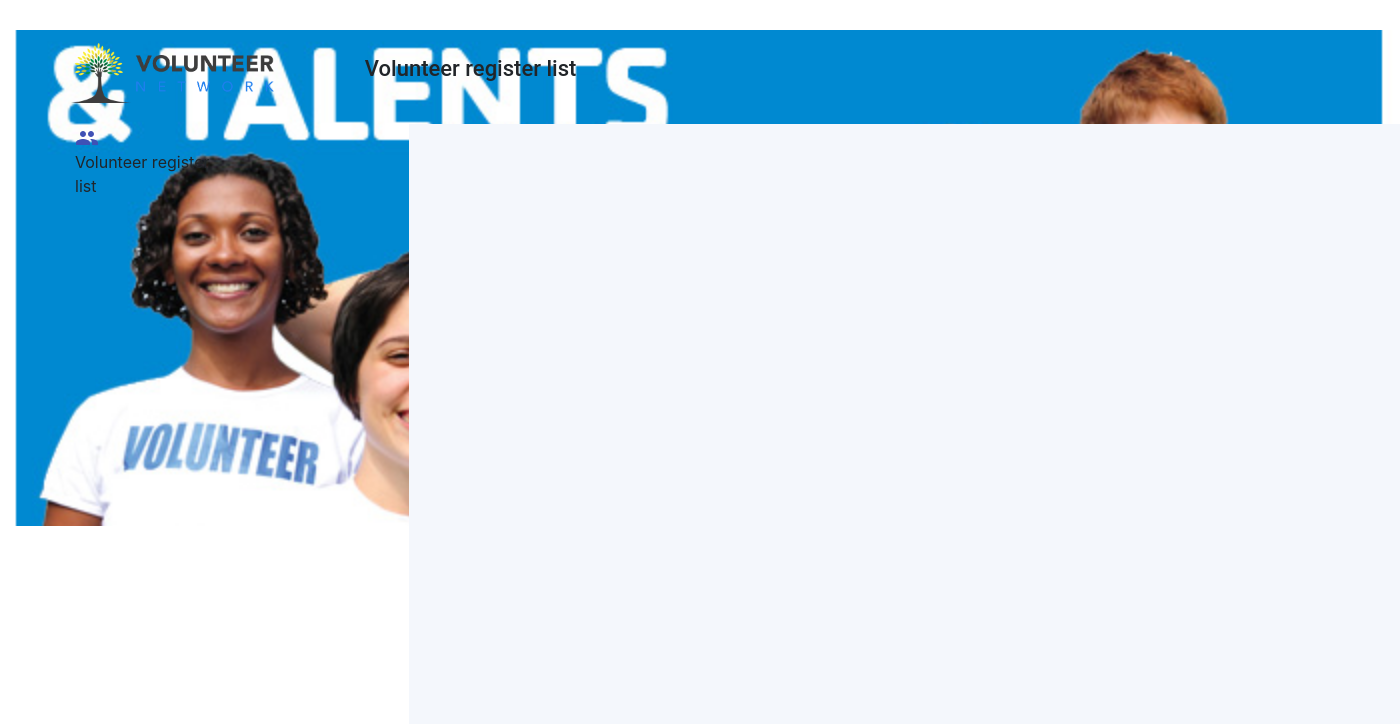
Repository: MdTahsinAmin/volunteer-network-client
Page: /adminPanel
The author's editor kept a copy of each file at every save. The page is drawn from the files as they stood at one save, then again after the next save.
The browser window is 1280 px wide. The page is 1400 px wide, so the pictures cover 1400 px, including what lies to the right of the window. The pictures show the whole page.
The project was rebuilt for these pictures with package versions that can differ from the ones it lists, and the page was loaded fresh each time.

Above is the page before, as saved 2020-10-04 23:24:35.

### public/index.html
<!DOCTYPE html>
<html lang="en">
  <head>
    <meta charset="utf-8" />
    <link rel="icon" href="%PUBLIC_URL%/favicon.ico" />
    <meta name="viewport" content="width=device-width, initial-scale=1" />
    <meta name="theme-color" content="#000000" />
    <meta
      name="description"
      content="Web site created using create-react-app"
    />
    <link rel="apple-touch-icon" href="%PUBLIC_URL%/logo192.png" />
    <!--
      manifest.json provides metadata used when your web app is installed on a
      user's mobile device or desktop. See https://developers.google.com/web/fundamentals/web-app-manifest/
    -->
    <link rel="manifest" href="%PUBLIC_URL%/manifest.json" />
    <!--
      Notice the use of %PUBLIC_URL% in the tags above.
      It will be replaced with the URL of the `public` folder during the build.
      Only files inside the `public` folder can be referenced from the HTML.

      Unlike "/favicon.ico" or "favicon.ico", "%PUBLIC_URL%/favicon.ico" will
      work correctly both with client-side routing and a non-root public URL.
      Learn how to configure a non-root public URL by running `npm run build`.
    -->
    <title>Volunteer Network</title>
  </head>
  <body>
    <noscript>You need to enable JavaScript to run this app.</noscript>
    <div id="root"></div>
    <!--
      This HTML file is a template.
      If you open it directly in the browser, you will see an empty page.

      You can add webfonts, meta tags, or analytics to this file.
      The build step will place the bundled scripts into the <body> tag.

      To begin the development, run `npm start` or `yarn start`.
      To create a production bundle, use `npm run build` or `yarn build`.
    -->
  </body>
</html>

### src/App.js
import React from 'react';
import './App.css';
import Header from './components/Header/Header';
import {
  BrowserRouter as Router,
  Switch,
  Route,
  Link
} from "react-router-dom";
import AdminPanel from './components/AdminPanel/AdminPanel';
function App() {
  return (
    <div className="App">
     <Router>
      <Switch>
        <Route path ='/home'>
         <Header navbar={true}></Header>
        </Route>
        <Route path="/adminPanel">
           <div>
           <Header navbar={false}></Header>
           <AdminPanel/>
           </div>
        </Route>
        <Route exact path="/">
           <Header navbar={true}></Header>
        </Route>
      </Switch>
     </Router>
    </div>
  );
}

export default App;

### src/App.css
.App {
    background-image:url('./logos/Volunteer_Image.jpg');
    background-repeat: no-repeat;
    background-size: cover;
    background-position: center;
    width: 1400px;
    height: 496px;
    left: 1px;
    top: -1px;
}

.App-logo {
  height: 40vmin;
  pointer-events: none;
}

@media (prefers-reduced-motion: no-preference) {
  .App-logo {
    animation: App-logo-spin infinite 20s linear;
  }
}

.App-header {
  background-color: #282c34;
  min-height: 100vh;
  display: flex;
  flex-direction: column;
  align-items: center;
  justify-content: center;
  font-size: calc(10px + 2vmin);
  color: white;
}

.App-link {
  color: #61dafb;
}

@keyframes App-logo-spin {
  from {
    transform: rotate(0deg);
  }
  to {
    transform: rotate(360deg);
  }
}

### src/components/Header/Header.js
import React from 'react';
import { Link, useHistory } from 'react-router-dom';
import './Header.css'
import volunteerLogo from '../../logos/volunteer.png';
import { styled } from '@material-ui/core/styles';
import Button from '@material-ui/core/Button';

// Material Button

const MyButton = styled(Button)({
    background: 'linear-gradient(45deg, #3F90FC 30%, #3F90FC 90%)',
    border: 0,
    borderRadius: '6px',
    color: 'white',
    height: 48,
    padding: '14px 43px',
    marginRight:'15px',
    marginLeft:'9px',
    cursor:'pointer'
  });

  const AdminBtn = styled(Button)({
    background: 'linear-gradient(45deg, #434141 30%, #434141 90%)',
    border: 0,
    borderRadius: '6px',
    color: 'white',
    height: 48,
    padding: '14px 43px',
    marginRight:'15px',
    cursor:'pointer'
  })

const Header = (props) => {

    const history = useHistory();

    const handleAdminPanel = () =>{
         history.push('/adminPanel');
    }


    return (
      <div className="header">
          <div className={props.navbar ? "container" : 'adminPanel'}>
          <nav className="navbar navbar-expand-lg navbar-light">
            <Link to='/home' className="navbar-brand"><img className={props.navbar ?'volunteerLogo':'Logo'} src={volunteerLogo} alt=""/></Link>
            <button className="navbar-toggler" type="button" data-toggle="collapse" data-target="#navbarSupportedContent" aria-controls="navbarSupportedContent" aria-expanded="false" aria-label="Toggle navigation">
                <span className="navbar-toggler-icon"></span>
            </button>
            {
                !props.navbar && <h5 className="volunteer-list">Volunteer register list</h5>
            }
            {
                props.navbar &&  <div className="collapse navbar-collapse" id="navbarSupportedContent">
                <ul className="navbar-nav ml-auto">
                <li className="nav-item">
                    <Link className="nav-link item-nav">Home</Link>
                </li>
                <li className="nav-item">
                    <Link className="nav-link item-nav">Donation</Link>
                </li>
                <li className="nav-item">
                    <Link className="nav-link item-nav">Events</Link>
                </li>
                <li className="nav-item">
                    <Link className="nav-link item-nav">Blog</Link>
                </li>
                <li className="nav-item">
                    <MyButton>Register</MyButton>
                </li>
                <li className="nav-item">
                   <AdminBtn
                     onClick={handleAdminPanel}
                   >Admin
                   </AdminBtn>
                </li>
                </ul>
            </div>
            }
            </nav>
      </div>
   </div>
    );
};

export default Header;

### src/components/AdminPanel/AdminPanel.js
import React from 'react';
import './AdminPanel.css';
import GroupIcon from '@material-ui/icons/Group';
const AdminPanel = () => {
    return (
        <div className="adminPanel-section">
            <div className="section-panel">
               <GroupIcon color="primary"></GroupIcon><p>Volunteer register list</p>
            </div>
            <div className='Volunteer-list'>

            </div>
        </div>
    );
};

export default AdminPanel;

### src/components/Header/Header.css
.volunteerLogo{
    width: 202.81px;
    height: 60px;
    left: 88px;
    top: 44px;
}
.header{
    margin-top: 30px;
}
.nav-link{
    font-family: Montserrat;
    font-style: normal;
    font-weight: 500;
    font-size: 20px;
    text-align: center;
    color: #0B0B0B;
}

### src/components/AdminPanel/AdminPanel.css
.adminPanel{
    margin-right:20px;
}
.Logo{
    width: 202.81px;
    height: 60px;
    left: 88px;
    top: 44px;
    margin-left:55px;
}
.volunteer-list{
    margin-left:75px;
    font-family: Roboto;
    font-style: normal;
    font-weight: 500;
    font-size: 22px;
}
.adminPanel-section{
    display:flex;
}
.section-panel{
    margin-top:8px;
    margin-left:75px;
}
.Volunteer-list{
    width:65%;
    margin-top:8px;
    margin-left:175px;
    width: 1000px;
    height: 600px;
    background: #F4F7FC;
}
.volunteer{
    background: #FFFFFF;
    border-radius: 20px;
    width: 500px;
}

Loaded but not shown: src/index.js (common file); src/index.css (common file); src/serviceWorker.js (common file)

After the next save:
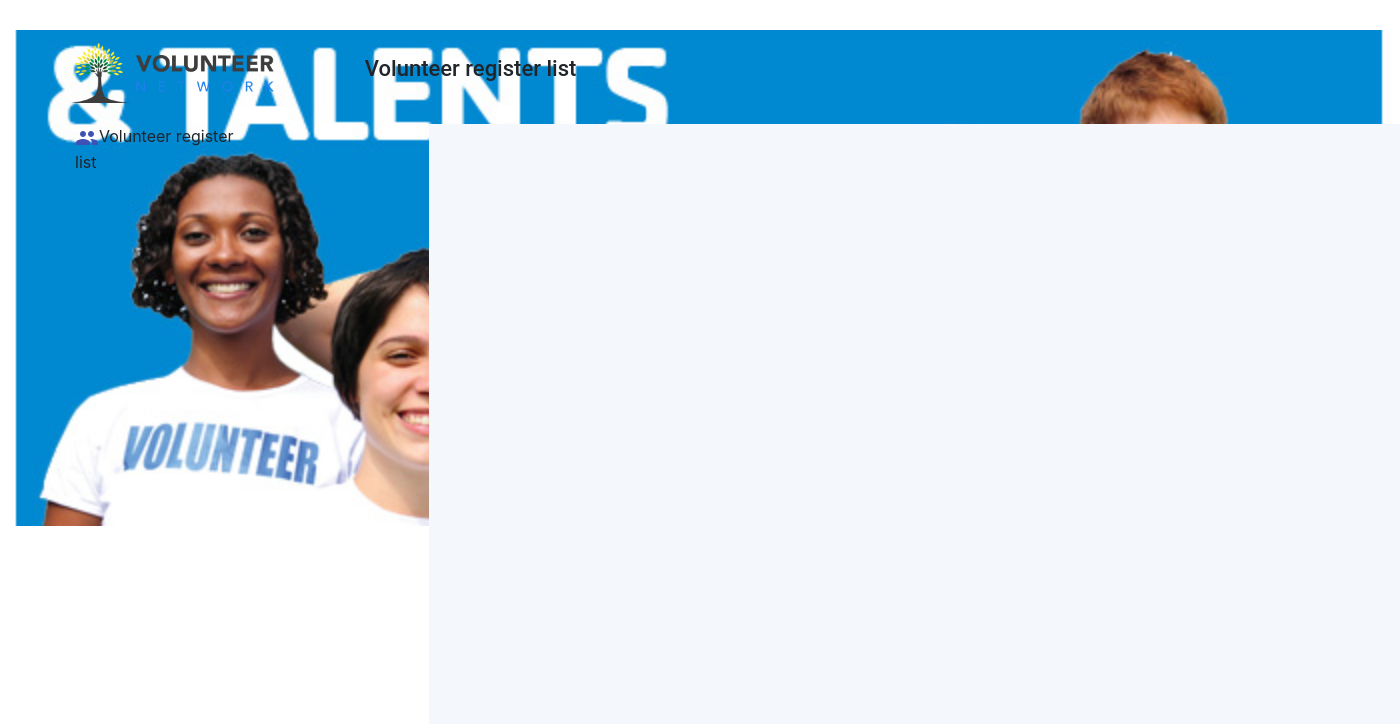
Saved 15 s later.
--- a/src/components/AdminPanel/AdminPanel.js
+++ b/src/components/AdminPanel/AdminPanel.js
@@ -5,7 +5,7 @@
     return (
         <div className="adminPanel-section">
             <div className="section-panel">
-               <GroupIcon color="primary"></GroupIcon><p>Volunteer register list</p>
+               <GroupIcon color="primary"></GroupIcon><span>Volunteer register list</span>
             </div>
             <div className='Volunteer-list'>
 
